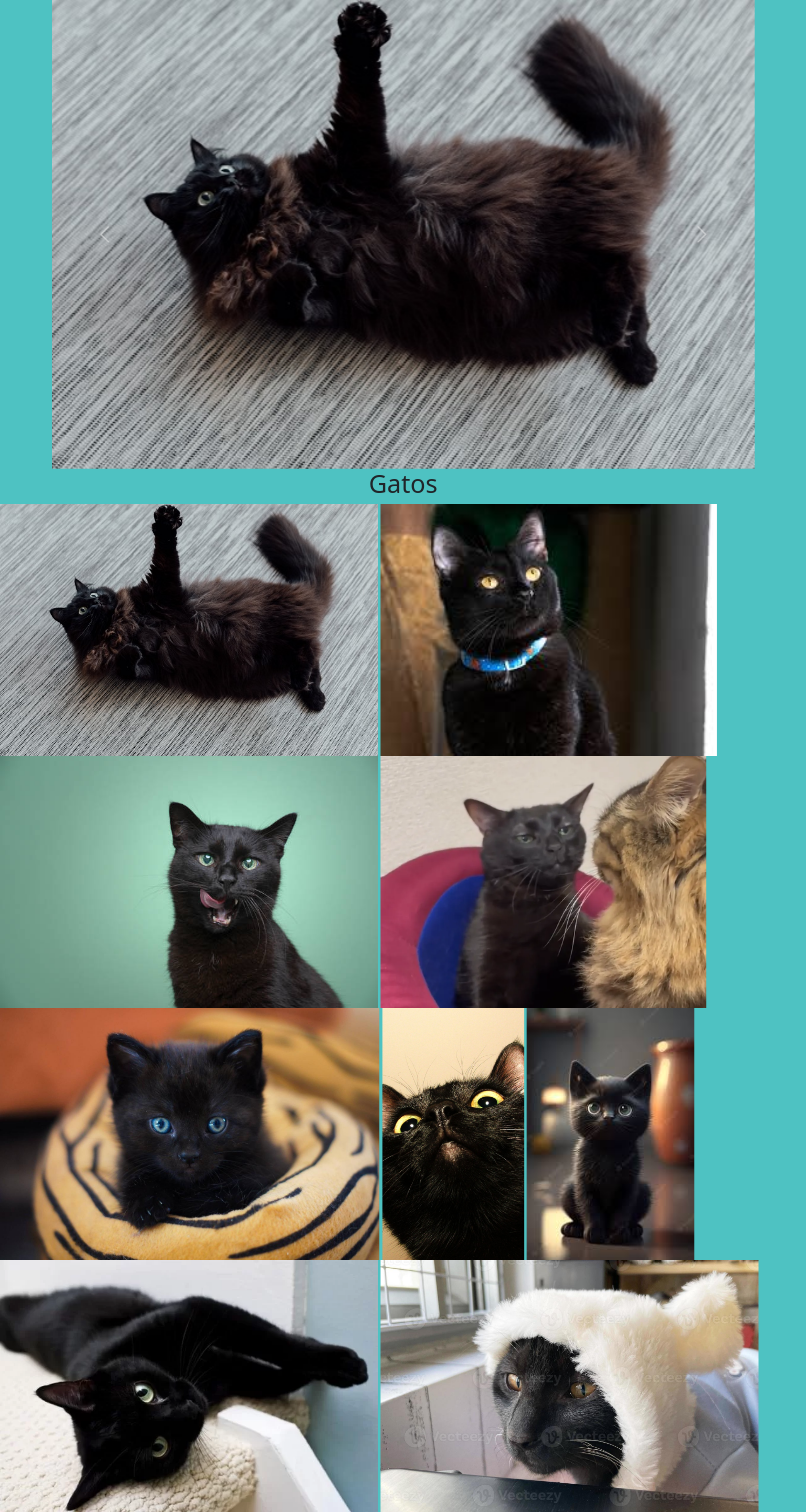
Repository: SktYzu/gatitu
Page: index.html
The author's editor kept a copy of each file at every save. The page is drawn from the files as they stood at one save, then again after the next save.
The browser window is 1280 px wide. The pictures show the whole page, at 63% of full size.

Above is the page before, as saved 2023-11-27 15:55:34.

### index.html
<!DOCTYPE html>
<html lang="pt-BR">

<head>
    <meta charset="UTF-8">
    <meta name="viewport" content="width=device-width, initial-scale=1.0">
    <link rel="stylesheet" href="https://cdn.jsdelivr.net/npm/bootstrap@5.3.2/dist/css/bootstrap.min.css">
    <script src="https://cdn.jsdelivr.net/npm/bootstrap@5.3.2/dist/js/bootstrap.bundle.min.js"
        integrity="sha384-C6RzsynM9kWDrMNeT87bh95OGNyZPhcTNXj1NW7RuBCsyN/o0jlpcV8Qyq46cDfL"
        crossorigin="anonymous"></script>
    <title>Gatitus</title>
    <style>
        body {
            background-image: url('cat.jpg');
            background-size: cover;
        }

        .img-fluid {
            height: 400px;
        }
    </style>
</head>

<body>

    <div class="container">

        <div id="carouselExample" class="carousel slide">
        <div class="carousel-inner">
            <div class="carousel-item active">
                <img src="1.jpg" class="d-block w-100" alt="...">
            </div>
            <div class="carousel-item">
                <img src="2.jpg" class="d-block w-100" alt="...">
            </div>
            <div class="carousel-item">
                <img src="3.jpg" class="d-block w-100" alt="...">
            </div>
        </div>
        <button class="carousel-control-prev" type="button" data-bs-target="#carouselExample" data-bs-slide="prev">
            <span class="carousel-control-prev-icon" aria-hidden="true"></span>
            <span class="visually-hidden">Previous</span>
        </button>
        <button class="carousel-control-next" type="button" data-bs-target="#carouselExample" data-bs-slide="next">
            <span class="carousel-control-next-icon" aria-hidden="true"></span>
            <span class="visually-hidden">Next</span>
        </button>
    </div>
    </div>

<h1 class="container text-center">Gatos</h1>
    <img src="1.jpg" class="img-fluid" alt="..." height="400px">
    <img src="2.jpg" class="img-fluid" alt="..." height="400px">
    <img src="3.jpg" class="img-fluid" alt="..." height="400px">
    <img src="4.jpg" class="img-fluid" alt="..." height="400px">
    <img src="5.jpg" class="img-fluid" alt="..." height="400px">
    <img src="6.jpg" class="img-fluid" alt="..." height="400px">
    <img src="7.jpg" class="img-fluid" alt="..." height="400px">
    <img src="8.jpg" class="img-fluid" alt="..." height="400px">
    <img src="9.jpg" class="img-fluid" alt="..." height="400px">
</body>

</html>

After the next save:
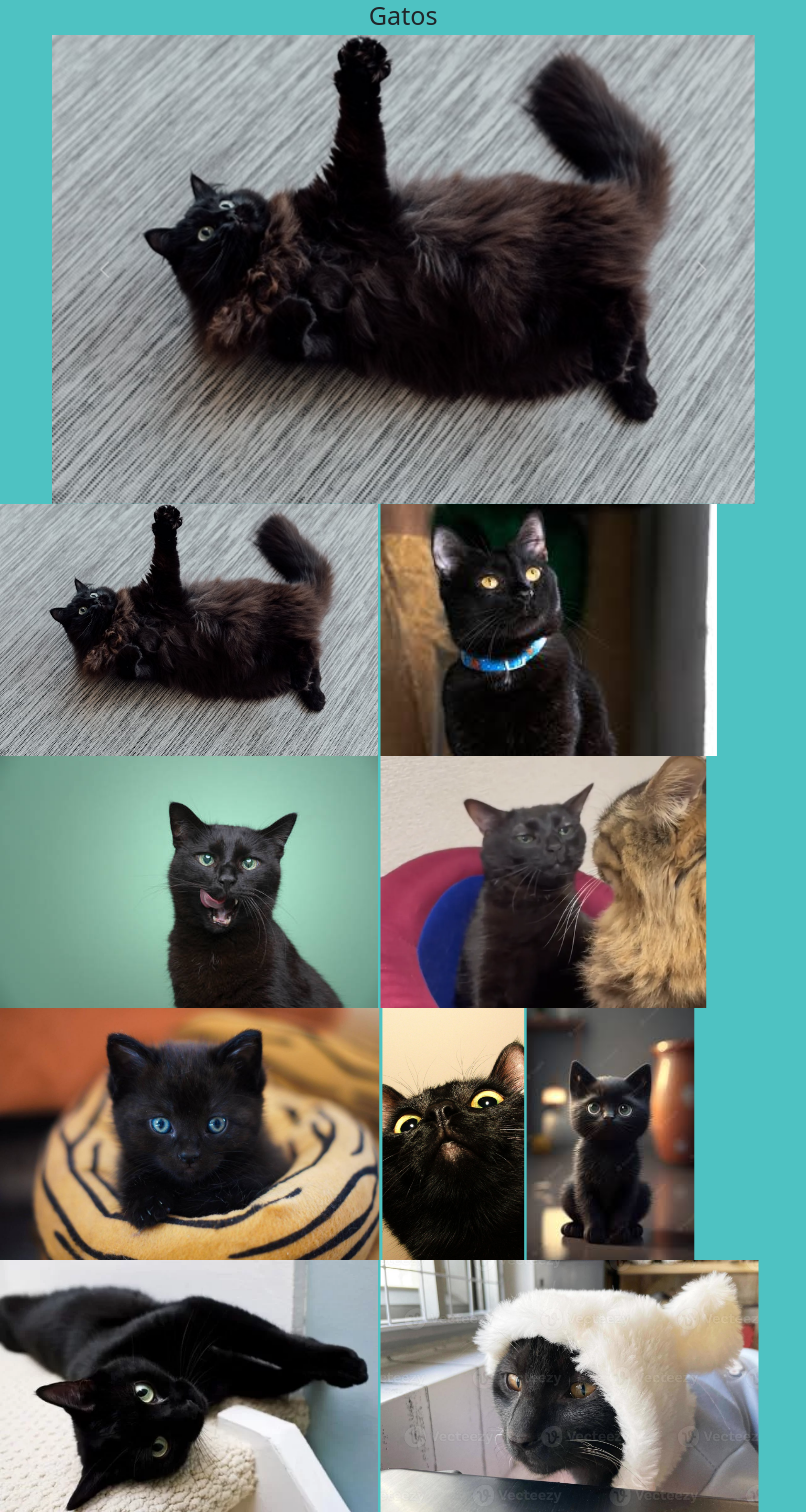
Saved 15 s later.
--- a/index.html
+++ b/index.html
@@ -23,6 +23,8 @@
 
 <body>
 
+
+    <h1 class="container text-center">Gatos</h1>
     <div class="container">
 
         <div id="carouselExample" class="carousel slide">
@@ -47,8 +49,6 @@
         </button>
     </div>
     </div>
-
-<h1 class="container text-center">Gatos</h1>
     <img src="1.jpg" class="img-fluid" alt="..." height="400px">
     <img src="2.jpg" class="img-fluid" alt="..." height="400px">
     <img src="3.jpg" class="img-fluid" alt="..." height="400px">
